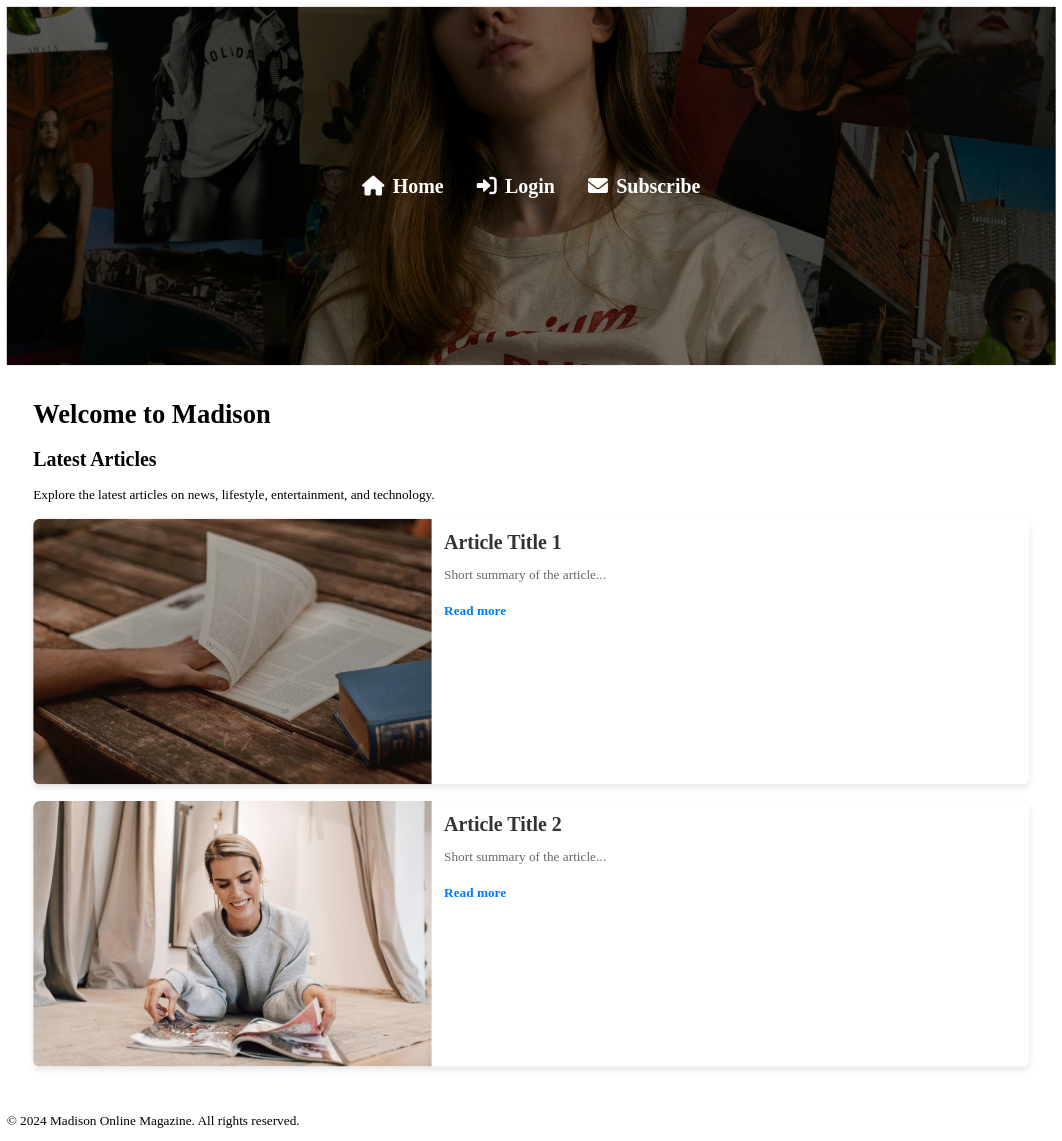
Repository: Anukb/Madison-Magazine-
Page: http://localhost/
These files come from the project's save history. The page is drawn as it stood at one moment and after a run of saves; the edit follows.
The browser window is 1280 px wide. The pictures show the whole page, at 83% of full size.
The page is served by the project's application, run on Django 5.2 (manage.py).

Above is the page before, as saved 2024-08-13 06:39:14.

After the next 2 saves:
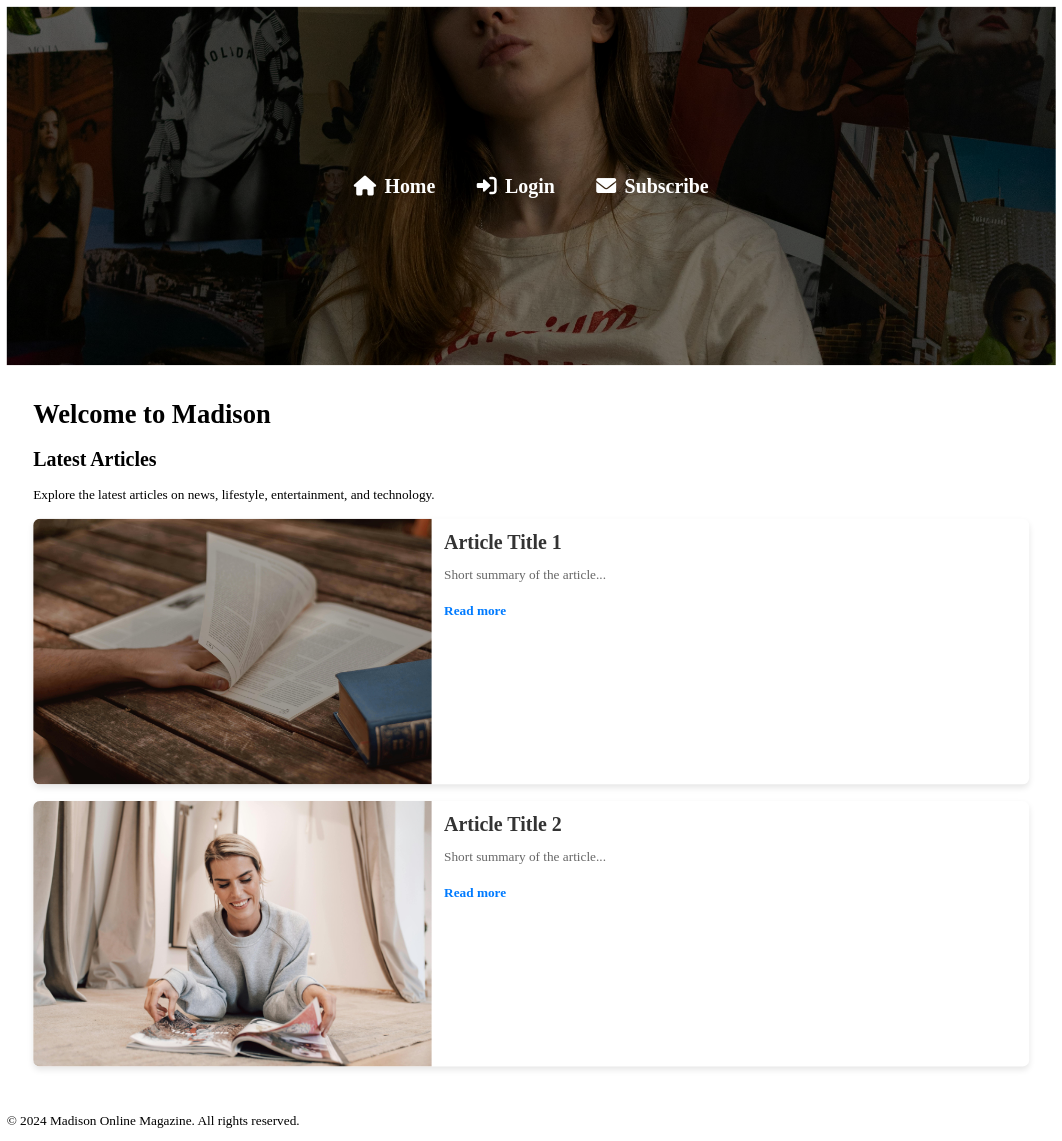
The 2 saves are shown as one change because they came seconds apart.
The last was saved 16 s later.
--- a/magazinep/static/css/style.css
+++ b/magazinep/static/css/style.css
@@ -159,7 +159,7 @@ header {
     padding: 0;
     margin: 0;
     display: flex;
-    gap: 40px; /* Increased space between navigation items */
+    gap: 50px; /* Increased space between navigation items */
 }
 
 .overlay-nav a {
